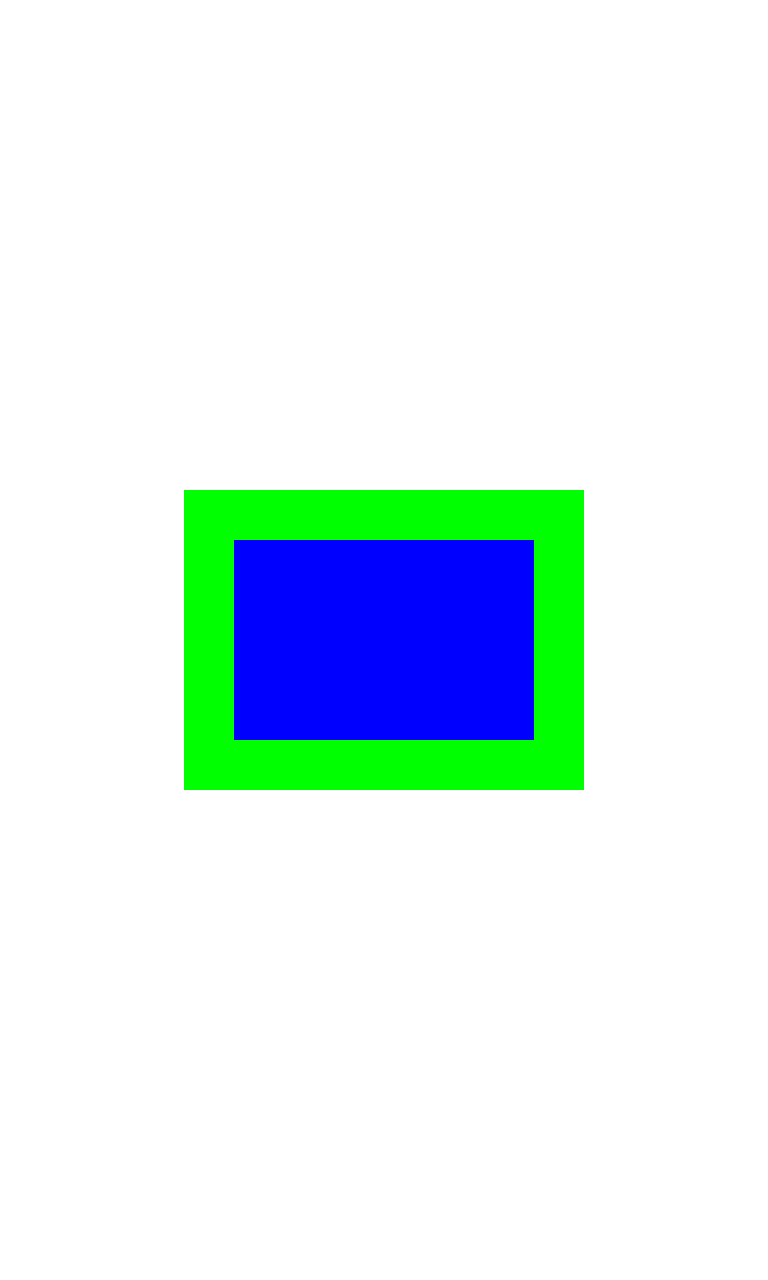
Repository: CiLiNet-Android/courseware
Layout: Android用户界面/布局管理器/SourceCodes/LayoutDemo/res/layout/activity_main.xml
An editor plug-in stored every save of this project. The layout is shown before and after the next save, followed by the edit.
It is drawn on a 768 x 1280 px phone screen (xhdpi) without system bars, with theme AppTheme; the app's code is not run.

Above is the layout before, as saved 2014-02-21 08:36:26.

### Android用户界面/布局管理器/SourceCodes/LayoutDemo/res/layout/activity_main.xml
<?xml version="1.0" encoding="utf-8"?>
<FrameLayout xmlns:android="http://schemas.android.com/apk/res/android"
    android:layout_width="match_parent"
    android:layout_height="match_parent">

    <View
        android:layout_width="200dp"
        android:layout_height="150dp"
        android:background="#00FF00"
        android:layout_gravity="center"/>

    <View
        android:layout_width="150dp"
        android:layout_height="100dp"
        android:background="#0000FF"
        android:layout_gravity="center"/>


</FrameLayout>

Loaded but not shown: Android用户界面/布局管理器/SourceCodes/LayoutDemo/res/values/styles.xml (common file)

After the next save:
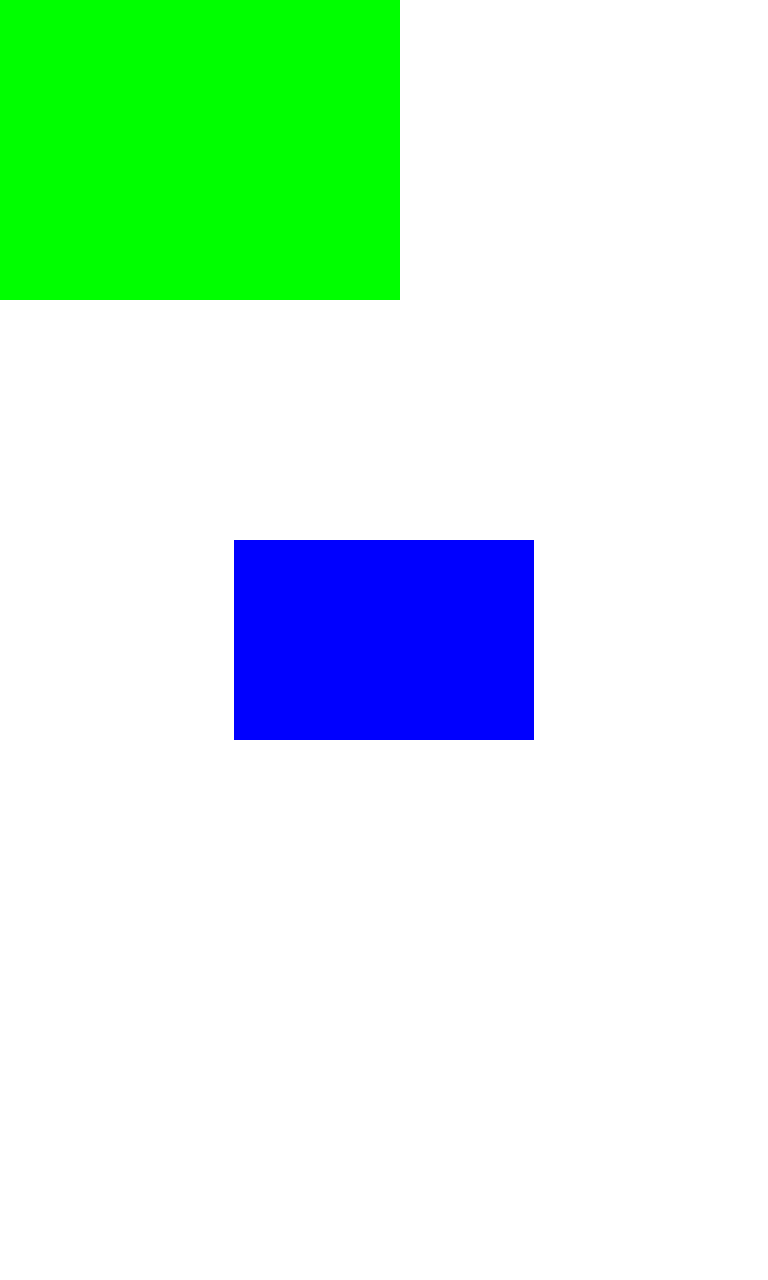
Saved 3 min 41 s later.
--- a/Android用户界面/布局管理器/SourceCodes/LayoutDemo/res/layout/activity_main.xml
+++ b/Android用户界面/布局管理器/SourceCodes/LayoutDemo/res/layout/activity_main.xml
@@ -7,7 +7,7 @@
         android:layout_width="200dp"
         android:layout_height="150dp"
         android:background="#00FF00"
-        android:layout_gravity="center"/>
+        android:layout_gravity="left|top"/>
 
     <View
         android:layout_width="150dp"
